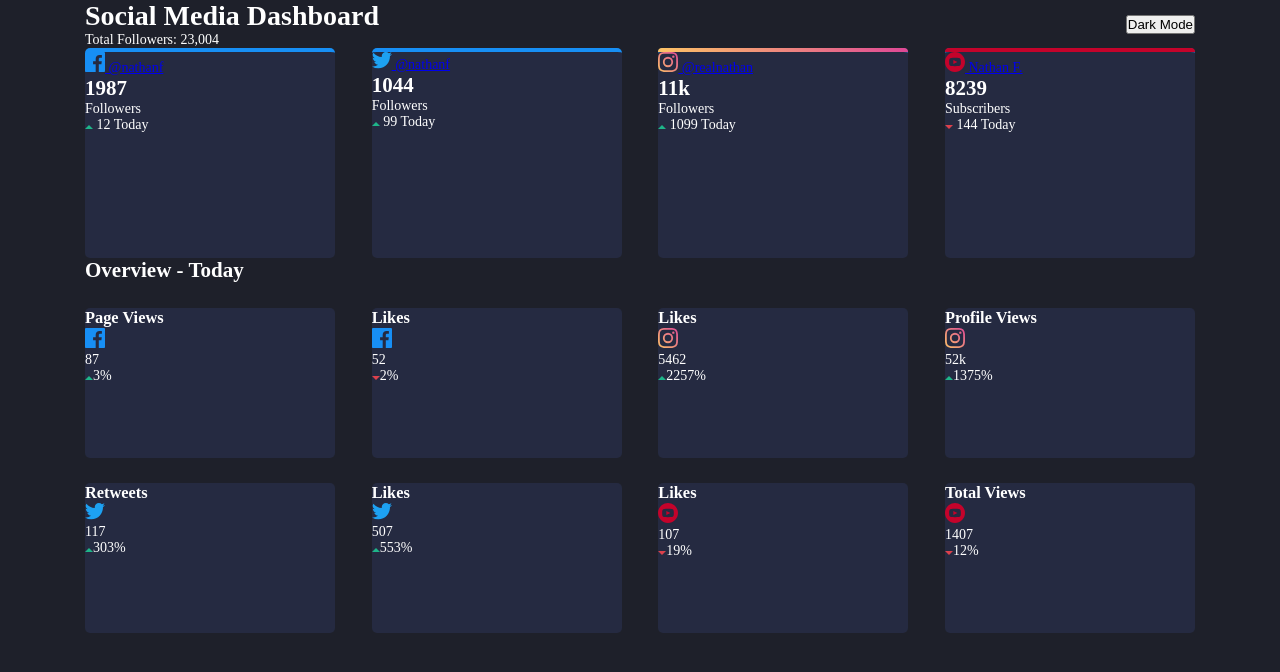
Repository: mamulini/social-media-dashboard-with-theme-switcher-master
Page: index.html
The author's editor kept a copy of each file at every save. The page is drawn from the files as they stood at one save, then again after the next save.
The browser window is 1280 px wide. The pictures show the whole page.

Above is the page before, as saved 2020-04-06 14:06:27.

### index.html
<!DOCTYPE html>
<html lang="en">

<head>
  <meta charset="UTF-8">
  <meta name="viewport" content="width=device-width, initial-scale=1.0">
  <link rel="icon" type="image/png" sizes="32x32" href="./images/favicon-32x32.png">
  <link rel="stylesheet" href="./css/style.css">
  <title>Frontend Mentor | [Challenge Name Here]</title>
</head>

<body>
  <main class="dashboard container">
    <header class="header">
      <div class="title">
        <h1 class="title__name">Social Media Dashboard</h1>
        <p class="title__total">Total Followers: 23,004</p>
      </div>
      <button class="theme" type="button">Dark Mode</button>
    </header>
    <div class="followers_block">
      <div class="folowers">

        <a class="followers__link" href="#"><svg xmlns="http://www.w3.org/2000/svg" width="20" height="20">
          <path fill="#178FF5" d="M18.896 0H1.104C.494 0 0 .494 0 1.104v17.793C0 19.506.494 20 1.104 20h9.58v-7.745H8.076V9.237h2.606V7.01c0-2.583 1.578-3.99 3.883-3.99 1.104 0 2.052.082 2.329.119v2.7h-1.598c-1.254 0-1.496.597-1.496 1.47v1.928h2.989l-.39 3.018h-2.6V20h5.098c.608 0 1.102-.494 1.102-1.104V1.104C20 .494 19.506 0 18.896 0z"/>
        </svg> @nathanf</a>
        <h2 class="followers__sum">1987</h2>
        <p class="followers__title">Followers</p>
        <p class="followers__today"><svg xmlns="http://www.w3.org/2000/svg" width="8" height="4"><path fill="#1EB589" fill-rule="evenodd" d="M0 4l4-4 4 4z"/></svg> 12 Today</p>
      </div>
      <div class="folowers">
        <a class="followers__link" href="#"><svg xmlns="http://www.w3.org/2000/svg" width="20" height="17"><path fill="#1DA1F2" d="M20 1.924a8.192 8.192 0 01-2.357.646A4.11 4.11 0 0019.448.3a8.22 8.22 0 01-2.606.996A4.096 4.096 0 0013.847 0c-2.65 0-4.596 2.472-3.998 5.037A11.648 11.648 0 011.392.752a4.109 4.109 0 001.27 5.478 4.086 4.086 0 01-1.858-.513C.76 7.616 2.122 9.395 4.095 9.79a4.113 4.113 0 01-1.853.07 4.106 4.106 0 003.833 2.849A8.25 8.25 0 010 14.41a11.616 11.616 0 006.29 1.843c7.618 0 11.922-6.434 11.663-12.205A8.354 8.354 0 0020 1.924z"/></svg> @nathanf</a>
        <h2 class="followers__sum">1044</h2>
        <p class="followers__title">Followers</p>
        <p class="followers__today"><svg xmlns="http://www.w3.org/2000/svg" width="8" height="4"><path fill="#1EB589" fill-rule="evenodd" d="M0 4l4-4 4 4z"/></svg> 99 Today</p>
      </div>
      <div class="folowers folowers--instagram">
        <a class="followers__link" href="#"><svg xmlns="http://www.w3.org/2000/svg" width="20" height="20"><defs><linearGradient id="a" x1="100%" x2="0%" y1="0%" y2="100%"><stop offset="0%" stop-color="#DF4896"/><stop offset="50.913%" stop-color="#EE877E"/><stop offset="100%" stop-color="#FDC366"/></linearGradient></defs><path fill="url(#a)" d="M10 1.802c2.67 0 2.987.01 4.042.059 2.71.123 3.975 1.409 4.099 4.099.048 1.054.057 1.37.057 4.04 0 2.672-.01 2.988-.057 4.042-.124 2.687-1.387 3.975-4.1 4.099-1.054.048-1.37.058-4.041.058-2.67 0-2.987-.01-4.04-.058-2.717-.124-3.977-1.416-4.1-4.1-.048-1.054-.058-1.37-.058-4.041 0-2.67.01-2.986.058-4.04.124-2.69 1.387-3.977 4.1-4.1 1.054-.048 1.37-.058 4.04-.058zM10 0C7.284 0 6.944.012 5.878.06 2.246.227.228 2.242.06 5.877.01 6.944 0 7.284 0 10s.012 3.057.06 4.123c.167 3.632 2.182 5.65 5.817 5.817 1.067.048 1.407.06 4.123.06s3.057-.012 4.123-.06c3.629-.167 5.652-2.182 5.816-5.817.05-1.066.061-1.407.061-4.123s-.012-3.056-.06-4.122C19.777 2.249 17.76.228 14.124.06 13.057.01 12.716 0 10 0zm0 4.865a5.135 5.135 0 100 10.27 5.135 5.135 0 000-10.27zm0 8.468a3.333 3.333 0 110-6.666 3.333 3.333 0 010 6.666zm5.338-9.87a1.2 1.2 0 100 2.4 1.2 1.2 0 000-2.4z"/></svg> @realnathan</a>
        <h2 class="followers__sum">11k</h2>
        <p class="followers__title">Followers</p>
        <p class="followers__today"><svg xmlns="http://www.w3.org/2000/svg" width="8" height="4"><path fill="#1EB589" fill-rule="evenodd" d="M0 4l4-4 4 4z"/></svg> 1099 Today</p>
      </div>
      <div class="folowers folowers--youtube">
        <a class="followers__link" href="#"><svg xmlns="http://www.w3.org/2000/svg" width="20" height="20"><path fill="#C4032B" d="M10 0C4.478 0 0 4.478 0 10c0 5.523 4.478 10 10 10 5.523 0 10-4.477 10-10 0-5.522-4.477-10-10-10zm3.7 14.077c-1.75.12-5.652.12-7.402 0-1.896-.13-2.117-1.059-2.131-4.077.014-3.024.237-3.947 2.131-4.077 1.75-.12 5.652-.12 7.403 0 1.897.13 2.117 1.059 2.132 4.077-.015 3.024-.237 3.947-2.132 4.077zM8.334 8.048l4.098 1.949-4.098 1.955V8.048z"/></svg> Nathan F.</a>
        <h2 class="followers__sum">8239</h2>
        <p class="followers__title">Subscribers</p>
        <p class="followers__today"><svg xmlns="http://www.w3.org/2000/svg" width="8" height="4"><path fill="#DC414C" fill-rule="evenodd" d="M0 0l4 4 4-4z"/></svg> 144 Today</p>
      </div>

    </div>
    <div class="overview">
      <h2 class="overview__title">Overview - Today</h2>
    </div>
    <div class="likes_counter">
      <div class="likes">
        <h3 class="likes__title">Page Views</h3>
        <svg xmlns="http://www.w3.org/2000/svg" width="20" height="20"><path fill="#178FF5" d="M18.896 0H1.104C.494 0 0 .494 0 1.104v17.793C0 19.506.494 20 1.104 20h9.58v-7.745H8.076V9.237h2.606V7.01c0-2.583 1.578-3.99 3.883-3.99 1.104 0 2.052.082 2.329.119v2.7h-1.598c-1.254 0-1.496.597-1.496 1.47v1.928h2.989l-.39 3.018h-2.6V20h5.098c.608 0 1.102-.494 1.102-1.104V1.104C20 .494 19.506 0 18.896 0z"/></svg>
        <p class="likes__num">87</p>
        <p class="likes__procent"><svg xmlns="http://www.w3.org/2000/svg" width="8" height="4"><path fill="#1EB589" fill-rule="evenodd" d="M0 4l4-4 4 4z"/></svg>3%</p>
      </div>
      <div class="likes">
        <h3 class="likes__title">Likes</h3>
        <svg xmlns="http://www.w3.org/2000/svg" width="20" height="20"><path fill="#178FF5" d="M18.896 0H1.104C.494 0 0 .494 0 1.104v17.793C0 19.506.494 20 1.104 20h9.58v-7.745H8.076V9.237h2.606V7.01c0-2.583 1.578-3.99 3.883-3.99 1.104 0 2.052.082 2.329.119v2.7h-1.598c-1.254 0-1.496.597-1.496 1.47v1.928h2.989l-.39 3.018h-2.6V20h5.098c.608 0 1.102-.494 1.102-1.104V1.104C20 .494 19.506 0 18.896 0z"/></svg>
        <p class="likes__num">52</p>
        <p class="likes__procent"><svg xmlns="http://www.w3.org/2000/svg" width="8" height="4"><path fill="#DC414C" fill-rule="evenodd" d="M0 0l4 4 4-4z"/></svg>2%</p>
      </div>
      <div class="likes">
        <h3 class="likes__title">Likes</h3>
        <svg xmlns="http://www.w3.org/2000/svg" width="20" height="20"><defs><linearGradient id="a" x1="100%" x2="0%" y1="0%" y2="100%"><stop offset="0%" stop-color="#DF4896"/><stop offset="50.913%" stop-color="#EE877E"/><stop offset="100%" stop-color="#FDC366"/></linearGradient></defs><path fill="url(#a)" d="M10 1.802c2.67 0 2.987.01 4.042.059 2.71.123 3.975 1.409 4.099 4.099.048 1.054.057 1.37.057 4.04 0 2.672-.01 2.988-.057 4.042-.124 2.687-1.387 3.975-4.1 4.099-1.054.048-1.37.058-4.041.058-2.67 0-2.987-.01-4.04-.058-2.717-.124-3.977-1.416-4.1-4.1-.048-1.054-.058-1.37-.058-4.041 0-2.67.01-2.986.058-4.04.124-2.69 1.387-3.977 4.1-4.1 1.054-.048 1.37-.058 4.04-.058zM10 0C7.284 0 6.944.012 5.878.06 2.246.227.228 2.242.06 5.877.01 6.944 0 7.284 0 10s.012 3.057.06 4.123c.167 3.632 2.182 5.65 5.817 5.817 1.067.048 1.407.06 4.123.06s3.057-.012 4.123-.06c3.629-.167 5.652-2.182 5.816-5.817.05-1.066.061-1.407.061-4.123s-.012-3.056-.06-4.122C19.777 2.249 17.76.228 14.124.06 13.057.01 12.716 0 10 0zm0 4.865a5.135 5.135 0 100 10.27 5.135 5.135 0 000-10.27zm0 8.468a3.333 3.333 0 110-6.666 3.333 3.333 0 010 6.666zm5.338-9.87a1.2 1.2 0 100 2.4 1.2 1.2 0 000-2.4z"/></svg>
        <p class="likes__num">5462</p>
        <p class="likes__procent"><svg xmlns="http://www.w3.org/2000/svg" width="8" height="4"><path fill="#1EB589" fill-rule="evenodd" d="M0 4l4-4 4 4z"/></svg>2257%</p>
      </div>
      <div class="likes">
        <h3 class="likes__title">Profile Views</h3>
        <svg xmlns="http://www.w3.org/2000/svg" width="20" height="20"><defs><linearGradient id="a" x1="100%" x2="0%" y1="0%" y2="100%"><stop offset="0%" stop-color="#DF4896"/><stop offset="50.913%" stop-color="#EE877E"/><stop offset="100%" stop-color="#FDC366"/></linearGradient></defs><path fill="url(#a)" d="M10 1.802c2.67 0 2.987.01 4.042.059 2.71.123 3.975 1.409 4.099 4.099.048 1.054.057 1.37.057 4.04 0 2.672-.01 2.988-.057 4.042-.124 2.687-1.387 3.975-4.1 4.099-1.054.048-1.37.058-4.041.058-2.67 0-2.987-.01-4.04-.058-2.717-.124-3.977-1.416-4.1-4.1-.048-1.054-.058-1.37-.058-4.041 0-2.67.01-2.986.058-4.04.124-2.69 1.387-3.977 4.1-4.1 1.054-.048 1.37-.058 4.04-.058zM10 0C7.284 0 6.944.012 5.878.06 2.246.227.228 2.242.06 5.877.01 6.944 0 7.284 0 10s.012 3.057.06 4.123c.167 3.632 2.182 5.65 5.817 5.817 1.067.048 1.407.06 4.123.06s3.057-.012 4.123-.06c3.629-.167 5.652-2.182 5.816-5.817.05-1.066.061-1.407.061-4.123s-.012-3.056-.06-4.122C19.777 2.249 17.76.228 14.124.06 13.057.01 12.716 0 10 0zm0 4.865a5.135 5.135 0 100 10.27 5.135 5.135 0 000-10.27zm0 8.468a3.333 3.333 0 110-6.666 3.333 3.333 0 010 6.666zm5.338-9.87a1.2 1.2 0 100 2.4 1.2 1.2 0 000-2.4z"/></svg>
        <p class="likes__num">52k</p>
        <p class="likes__procent"><svg xmlns="http://www.w3.org/2000/svg" width="8" height="4"><path fill="#1EB589" fill-rule="evenodd" d="M0 4l4-4 4 4z"/></svg>1375%</p>
      </div>
      <div class="likes">
        <h3 class="likes__title">Retweets</h3>
        <svg xmlns="http://www.w3.org/2000/svg" width="20" height="17"><path fill="#1DA1F2" d="M20 1.924a8.192 8.192 0 01-2.357.646A4.11 4.11 0 0019.448.3a8.22 8.22 0 01-2.606.996A4.096 4.096 0 0013.847 0c-2.65 0-4.596 2.472-3.998 5.037A11.648 11.648 0 011.392.752a4.109 4.109 0 001.27 5.478 4.086 4.086 0 01-1.858-.513C.76 7.616 2.122 9.395 4.095 9.79a4.113 4.113 0 01-1.853.07 4.106 4.106 0 003.833 2.849A8.25 8.25 0 010 14.41a11.616 11.616 0 006.29 1.843c7.618 0 11.922-6.434 11.663-12.205A8.354 8.354 0 0020 1.924z"/></svg>
        <p class="likes__num">117</p>
        <p class="likes__procent"><svg xmlns="http://www.w3.org/2000/svg" width="8" height="4"><path fill="#1EB589" fill-rule="evenodd" d="M0 4l4-4 4 4z"/></svg>303%</p>
      </div>
      <div class="likes">
        <h3 class="likes__title">Likes</h3>
        <svg xmlns="http://www.w3.org/2000/svg" width="20" height="17"><path fill="#1DA1F2" d="M20 1.924a8.192 8.192 0 01-2.357.646A4.11 4.11 0 0019.448.3a8.22 8.22 0 01-2.606.996A4.096 4.096 0 0013.847 0c-2.65 0-4.596 2.472-3.998 5.037A11.648 11.648 0 011.392.752a4.109 4.109 0 001.27 5.478 4.086 4.086 0 01-1.858-.513C.76 7.616 2.122 9.395 4.095 9.79a4.113 4.113 0 01-1.853.07 4.106 4.106 0 003.833 2.849A8.25 8.25 0 010 14.41a11.616 11.616 0 006.29 1.843c7.618 0 11.922-6.434 11.663-12.205A8.354 8.354 0 0020 1.924z"/></svg>
        <p class="likes__num">507</p>
        <p class="likes__procent"><svg xmlns="http://www.w3.org/2000/svg" width="8" height="4"><path fill="#1EB589" fill-rule="evenodd" d="M0 4l4-4 4 4z"/></svg>553%</p>
      </div>
      <div class="likes">
        <h3 class="likes__title">Likes</h3>
        <svg xmlns="http://www.w3.org/2000/svg" width="20" height="20"><path fill="#C4032B" d="M10 0C4.478 0 0 4.478 0 10c0 5.523 4.478 10 10 10 5.523 0 10-4.477 10-10 0-5.522-4.477-10-10-10zm3.7 14.077c-1.75.12-5.652.12-7.402 0-1.896-.13-2.117-1.059-2.131-4.077.014-3.024.237-3.947 2.131-4.077 1.75-.12 5.652-.12 7.403 0 1.897.13 2.117 1.059 2.132 4.077-.015 3.024-.237 3.947-2.132 4.077zM8.334 8.048l4.098 1.949-4.098 1.955V8.048z"/></svg>
        <p class="likes__num">107</p>
        <p class="likes__procent"><svg xmlns="http://www.w3.org/2000/svg" width="8" height="4"><path fill="#DC414C" fill-rule="evenodd" d="M0 0l4 4 4-4z"/></svg>19%</p>
      </div>
      <div class="likes">
        <h3 class="likes__title">Total Views</h3>
        <svg xmlns="http://www.w3.org/2000/svg" width="20" height="20"><path fill="#C4032B" d="M10 0C4.478 0 0 4.478 0 10c0 5.523 4.478 10 10 10 5.523 0 10-4.477 10-10 0-5.522-4.477-10-10-10zm3.7 14.077c-1.75.12-5.652.12-7.402 0-1.896-.13-2.117-1.059-2.131-4.077.014-3.024.237-3.947 2.131-4.077 1.75-.12 5.652-.12 7.403 0 1.897.13 2.117 1.059 2.132 4.077-.015 3.024-.237 3.947-2.132 4.077zM8.334 8.048l4.098 1.949-4.098 1.955V8.048z"/></svg>
        <p class="likes__num">1407</p>
        <p class="likes__procent"><svg xmlns="http://www.w3.org/2000/svg" width="8" height="4"><path fill="#DC414C" fill-rule="evenodd" d="M0 0l4 4 4-4z"/></svg>12%</p>
      </div>
    </div>
  </main>
  <!-- <div class="attribution">
    Challenge by <a href="https://www.frontendmentor.io?ref=challenge" target="_blank">Frontend Mentor</a>.
    Coded by <a href="#">Your Name Here</a>.
  </div> -->
</body>

</html>

### css/style.css
*{
    padding: 0;
    margin: 0;
    box-sizing: border-box;
}

body{
    font-size: 14px;
    background: hsl(230, 17%, 14%);
    color: #ffffff;
}

.container{
    max-width: 1110px;
    margin: 0 auto;

}

.header{
    display: flex;
    justify-content: space-between;
    align-items: center;
}

.followers_block{
    display: flex;
    justify-content: space-between;
}

.folowers{
    width: 250px;
    height: 210px;
    border-top: 4px solid #178FF5;
    border-radius: 5px;
    background: hsl(228, 28%, 20%);
    position: relative;
}

.folowers::before{
    content:'';
    position:absolute;
    width:100%;
    height:4px;
    top:-4px;
    left:0;
    border-radius: 5px 5px 0 0 ;
}
.folowers--twitter::before{
    background: #1DA1F2;
}
.folowers--instagram::before{
    background:linear-gradient(to left, #DF4896 0% , #EE877E 50%, #FDC366 100%);

}

.folowers--youtube::before{
    background: #C4032B;
}

.likes_counter{
    display: flex;
    justify-content: space-between;
    flex-wrap: wrap;
}

.likes{
    flex: 0 0 calc(25% - #{$gap});
    width: 250px;
    height: 150px;
    background:  hsl(228, 28%, 20%);
    margin-top: 25px;
    border-radius: 5px;
}






.attribution { font-size: 11px; text-align: center; }
.attribution a { color: hsl(228, 45%, 44%); }

After the next save:
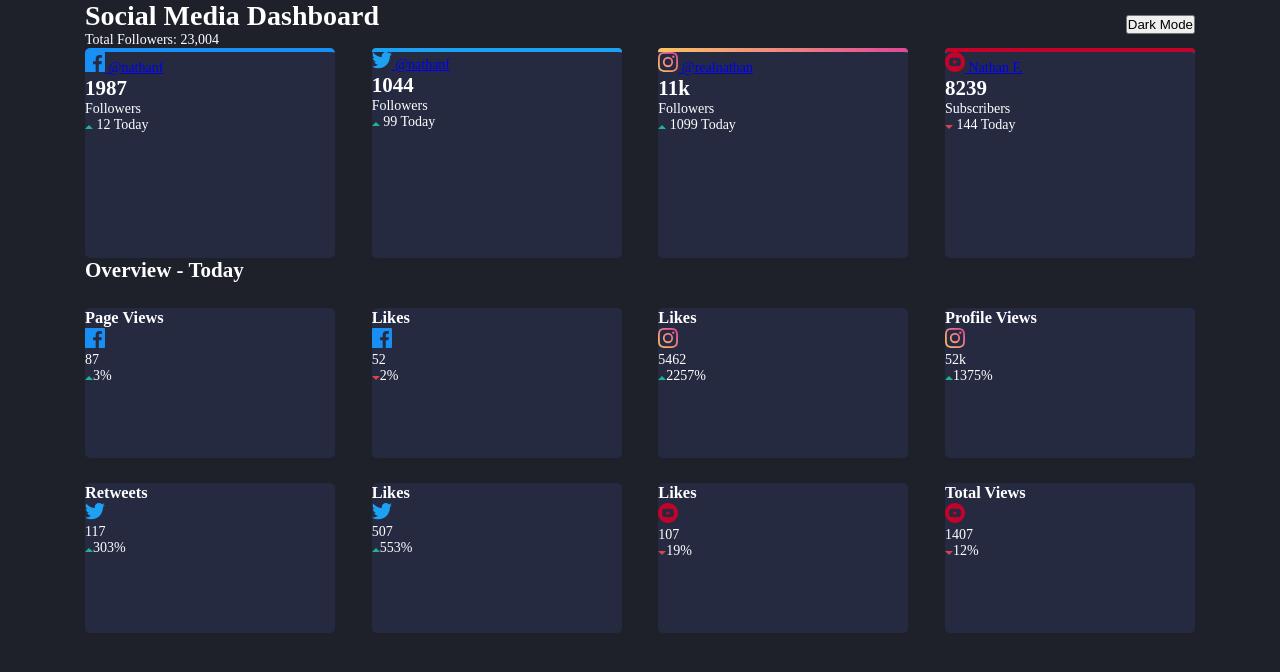
Saved 26 s later.
--- a/index.html
+++ b/index.html
@@ -28,7 +28,7 @@
         <p class="followers__title">Followers</p>
         <p class="followers__today"><svg xmlns="http://www.w3.org/2000/svg" width="8" height="4"><path fill="#1EB589" fill-rule="evenodd" d="M0 4l4-4 4 4z"/></svg> 12 Today</p>
       </div>
-      <div class="folowers">
+      <div class="folowers folowers--twitter">
         <a class="followers__link" href="#"><svg xmlns="http://www.w3.org/2000/svg" width="20" height="17"><path fill="#1DA1F2" d="M20 1.924a8.192 8.192 0 01-2.357.646A4.11 4.11 0 0019.448.3a8.22 8.22 0 01-2.606.996A4.096 4.096 0 0013.847 0c-2.65 0-4.596 2.472-3.998 5.037A11.648 11.648 0 011.392.752a4.109 4.109 0 001.27 5.478 4.086 4.086 0 01-1.858-.513C.76 7.616 2.122 9.395 4.095 9.79a4.113 4.113 0 01-1.853.07 4.106 4.106 0 003.833 2.849A8.25 8.25 0 010 14.41a11.616 11.616 0 006.29 1.843c7.618 0 11.922-6.434 11.663-12.205A8.354 8.354 0 0020 1.924z"/></svg> @nathanf</a>
         <h2 class="followers__sum">1044</h2>
         <p class="followers__title">Followers</p>
